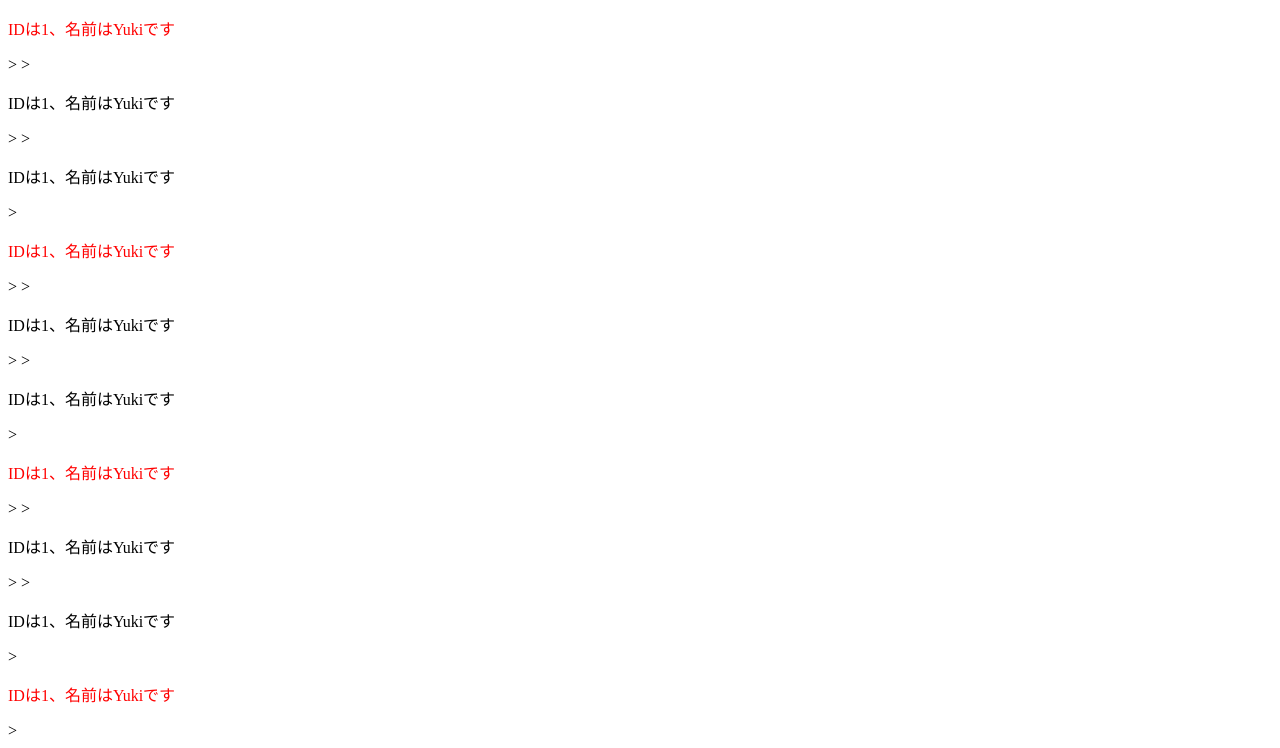
Repository: sakku-14/sukkiri_servlet
Page: http://localhost/lucky/ex.jsp
These files come from the project's save history. The page is drawn as it stood at one moment and after the next save; the edit follows.
The browser window is 1280 px wide. The pictures show the whole page.
The page is served by Tomcat 9. Other server files are loaded and not shown.

Above is the page before, as saved 2021-10-17 23:18:11.

### lucky/src/main/webapp/ex.jsp
<%@page import="ex.Employee"%>
<%@ page language="java" contentType="text/html; charset=UTF-8"
    pageEncoding="UTF-8"%>

<%
	Employee emp = new Employee("1", "Yuki");
%>

<!DOCTYPE html>
<html>
<head>
<meta charset="UTF-8">
<title>Insert title here</title>
</head>
<body>
<% for(int i = 0; i < 10; i++) { %>
	<% if (i % 3 == 0) { %>
		<p style="color:red;">IDは<%= emp.getId() %>、名前は<%= emp.getName() %>です</p>
	<% } else {%>>
		<p>IDは<%= emp.getId() %>、名前は<%= emp.getName() %>です</p>
	<% } %>>
<% } %>
</body>
</html>

### lucky/src/main/java/ex/Employee.java
package ex;

public class Employee {
	private String id;
	private String name;
	public Employee(String id, String name) {
		this.id = id;
		this.name = name;
	}
	public String getId() {return id;}
	public String getName() {return name;}
}

After the next save:
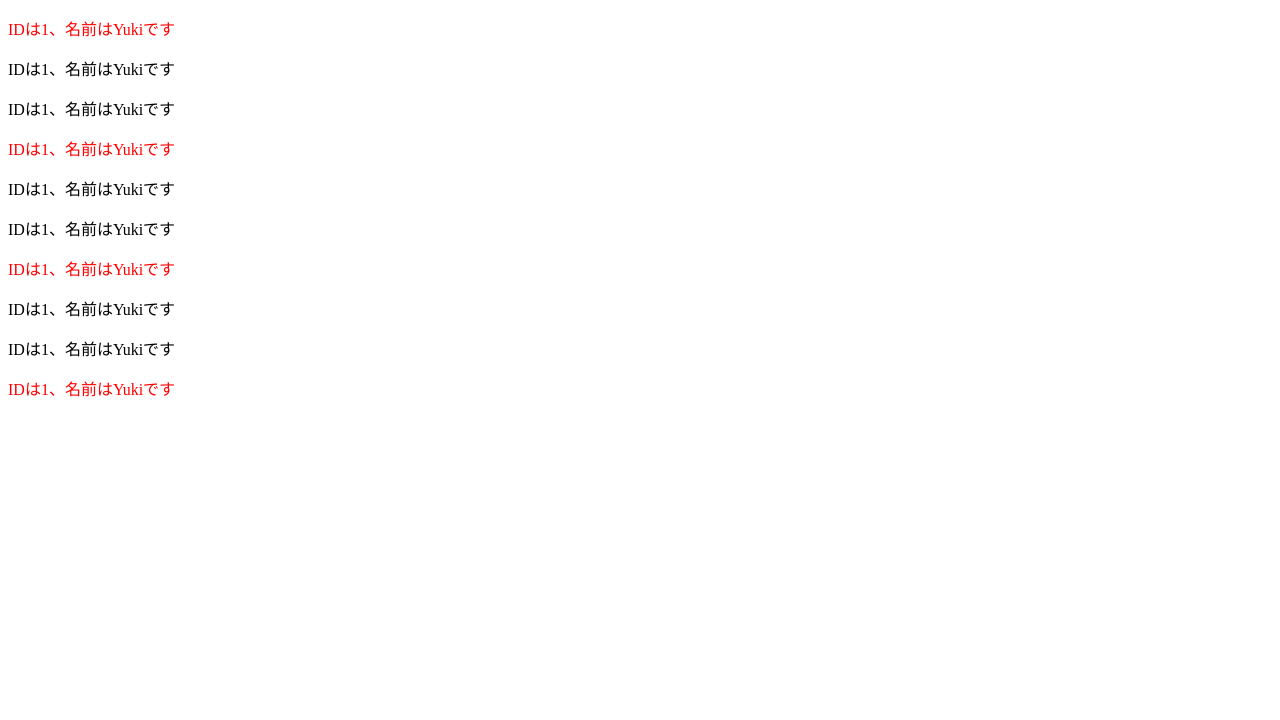
Saved 10 s later.
--- a/lucky/src/main/webapp/ex.jsp
+++ b/lucky/src/main/webapp/ex.jsp
@@ -16,9 +16,9 @@
 <% for(int i = 0; i < 10; i++) { %>
 	<% if (i % 3 == 0) { %>
 		<p style="color:red;">IDは<%= emp.getId() %>、名前は<%= emp.getName() %>です</p>
-	<% } else {%>>
+	<% } else {%>
 		<p>IDは<%= emp.getId() %>、名前は<%= emp.getName() %>です</p>
-	<% } %>>
+	<% } %>
 <% } %>
 </body>
 </html>
